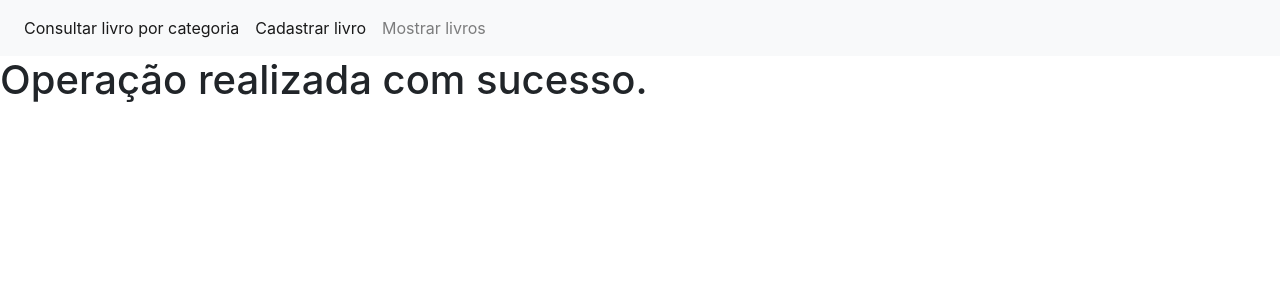
Repository: SrtaVerdant/projeto-livraria
Page: http://localhost/ProjetoLivraria/sucess.jsp
These files come from the project's save history. The page is drawn as it stood at one moment and after the next save; the edit follows.
The browser window is 1280 px wide. The pictures show the whole page.
Some web libraries are served in a nearby version. The page is served by Tomcat 9.

Above is the page before, as saved 2022-10-29 23:55:30.

After the next save:
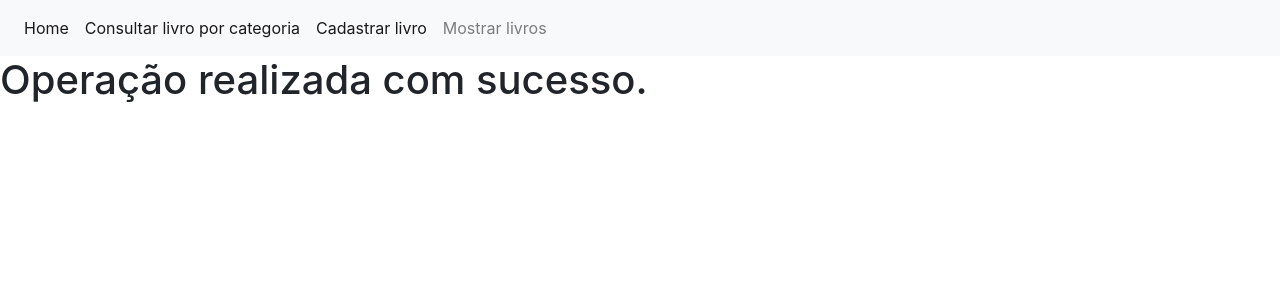
Saved 28 s later.
--- a/ProjetoLivraria/src/main/webapp/sucess.jsp
+++ b/ProjetoLivraria/src/main/webapp/sucess.jsp
@@ -25,6 +25,9 @@
 	<nav class="navbar navbar-expand-lg navbar-light bg-light">
 	  <div class="collapse navbar-collapse" id="navbarNav">
 	    <ul class="navbar-nav">
+	    <li class="nav-item active">
+			        <a class="nav-link" href="index.jsp">Home <span class="sr-only">(current)</span></a>
+			     </li>
 	   		<li class="nav-item active">
 	        <a class="nav-link" href="consultar.jsp">Consultar livro por categoria <span class="sr-only">(current)</span></a>
 	      </li>
